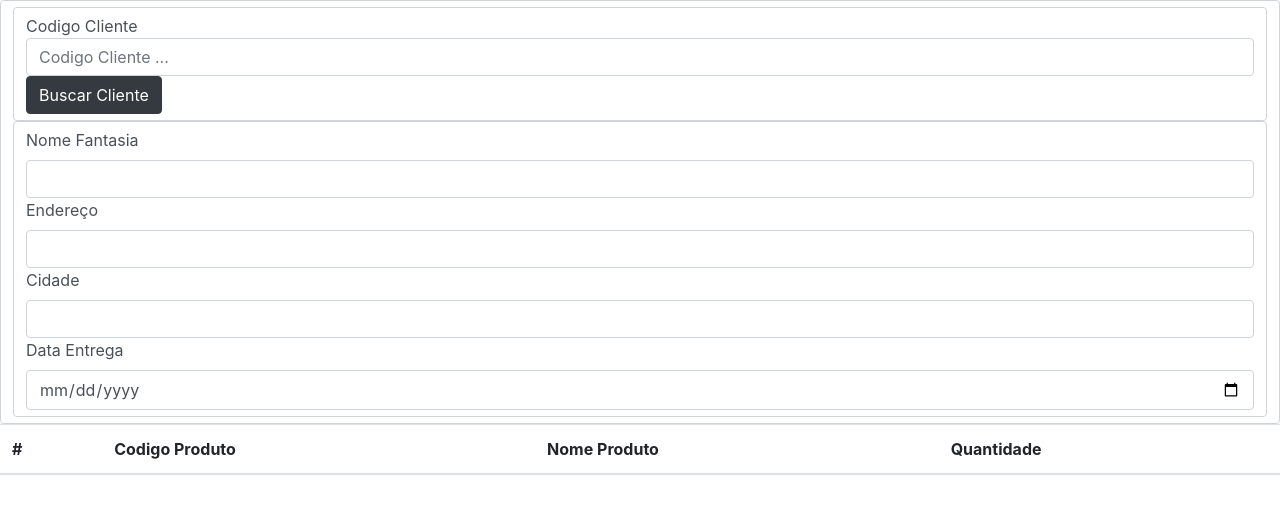
Repository: RobertoAntunes35/controle-estoque
Page: backend/templates/paginaGeracaoPedidos.html
An editor plug-in stored every save of this project. The page is shown before and after the next save, followed by the edit.
The browser window is 1280 px wide. The pictures show the whole page.
Some web libraries are served in a nearby version. The template is drawn by Flask 3. The application's start-up code is not run. The template is opened directly, without the code that normally fills it, so the values that code supplies are empty.

Above is the page before, as saved 2023-06-06 10:41:05.

After the next save:
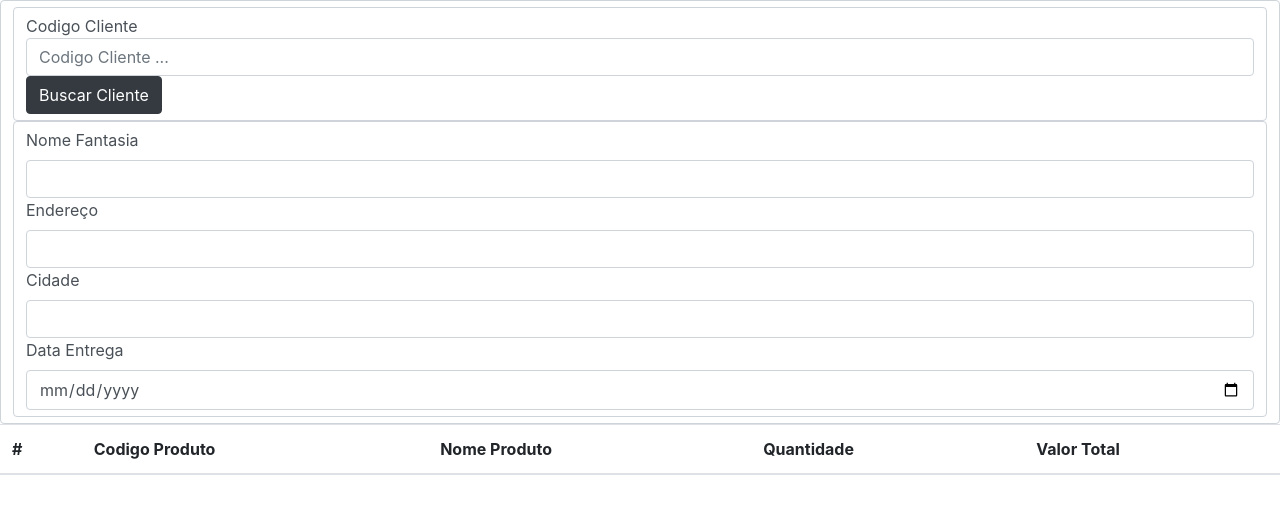
Saved 4 s later.
--- a/backend/templates/paginaGeracaoPedidos.html
+++ b/backend/templates/paginaGeracaoPedidos.html
@@ -34,6 +34,7 @@
                             <th scope="col">Codigo Produto</th>
                             <th scope="col">Nome Produto</th>
                             <th scope="col">Quantidade</th>
+                            <th scope="col">Valor Total</th>
                         </tr>
                     </thead>
 
